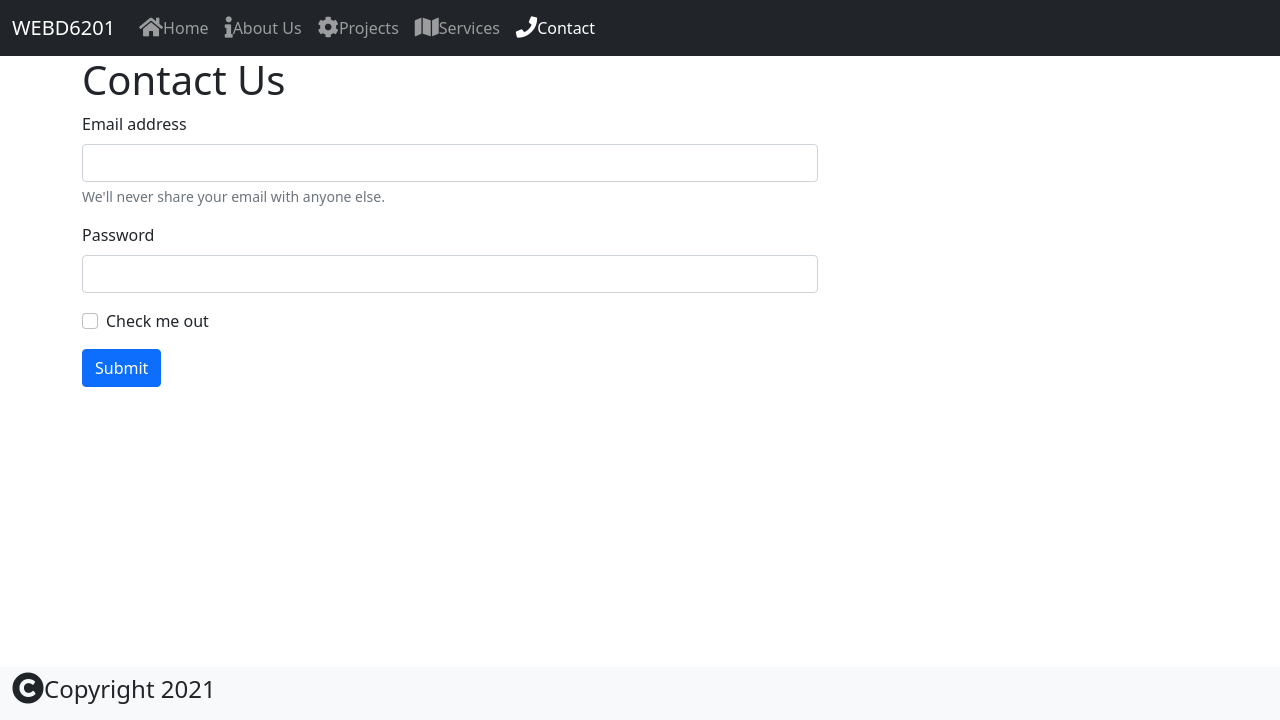
Repository: deividwsantoss/webd6201-W2021-ICE1
Page: contact.html
The author's editor kept a copy of each file at every save. The page is drawn from the files as they stood at one save, then again after the next save.
The browser window is 1280 px wide. The pictures show the whole page.

Above is the page before, as saved 2021-02-02 12:46:06.

After the next save:
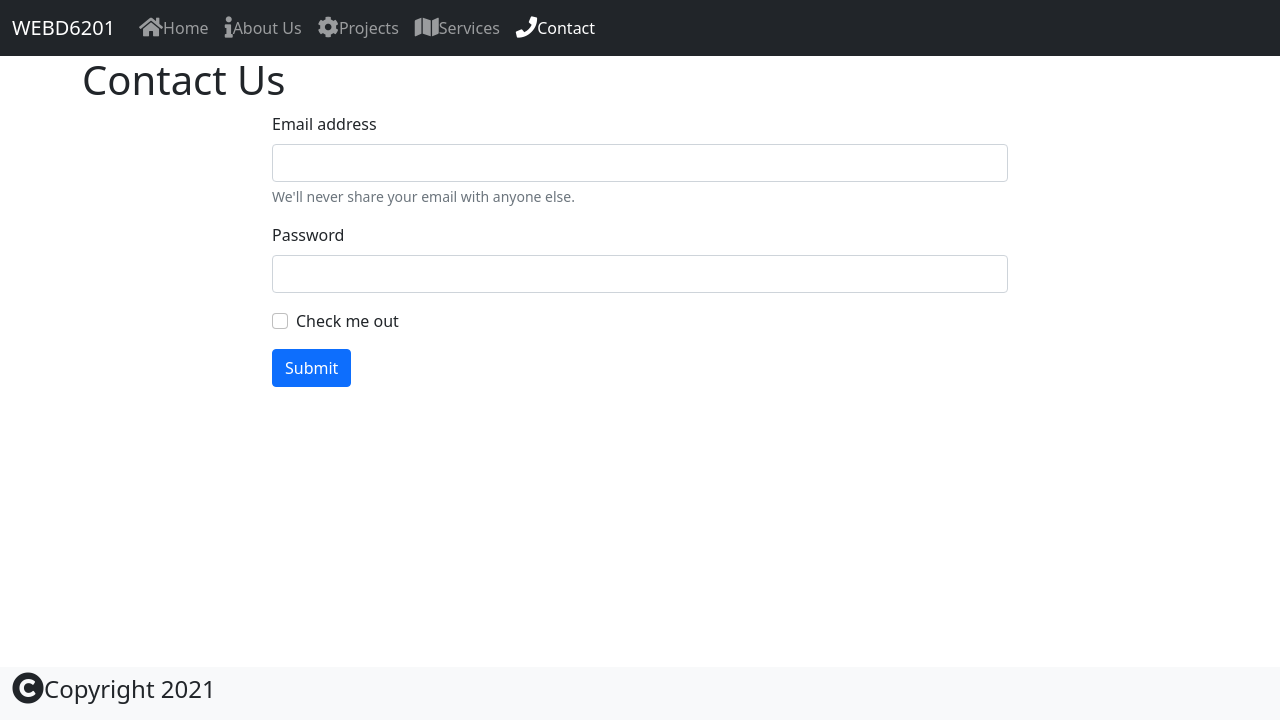
Saved 106 s later.
--- a/contact.html
+++ b/contact.html
@@ -48,7 +48,8 @@
     <main class="container">
 
         <h1>Contact Us</h1>
-        <div class="row">
+        <div class="row justify-content-md-center">
+
         <form class="col-8">
           <div class="mb-3">
             <label for="exampleInputEmail1" class="form-label">Email address</label>
